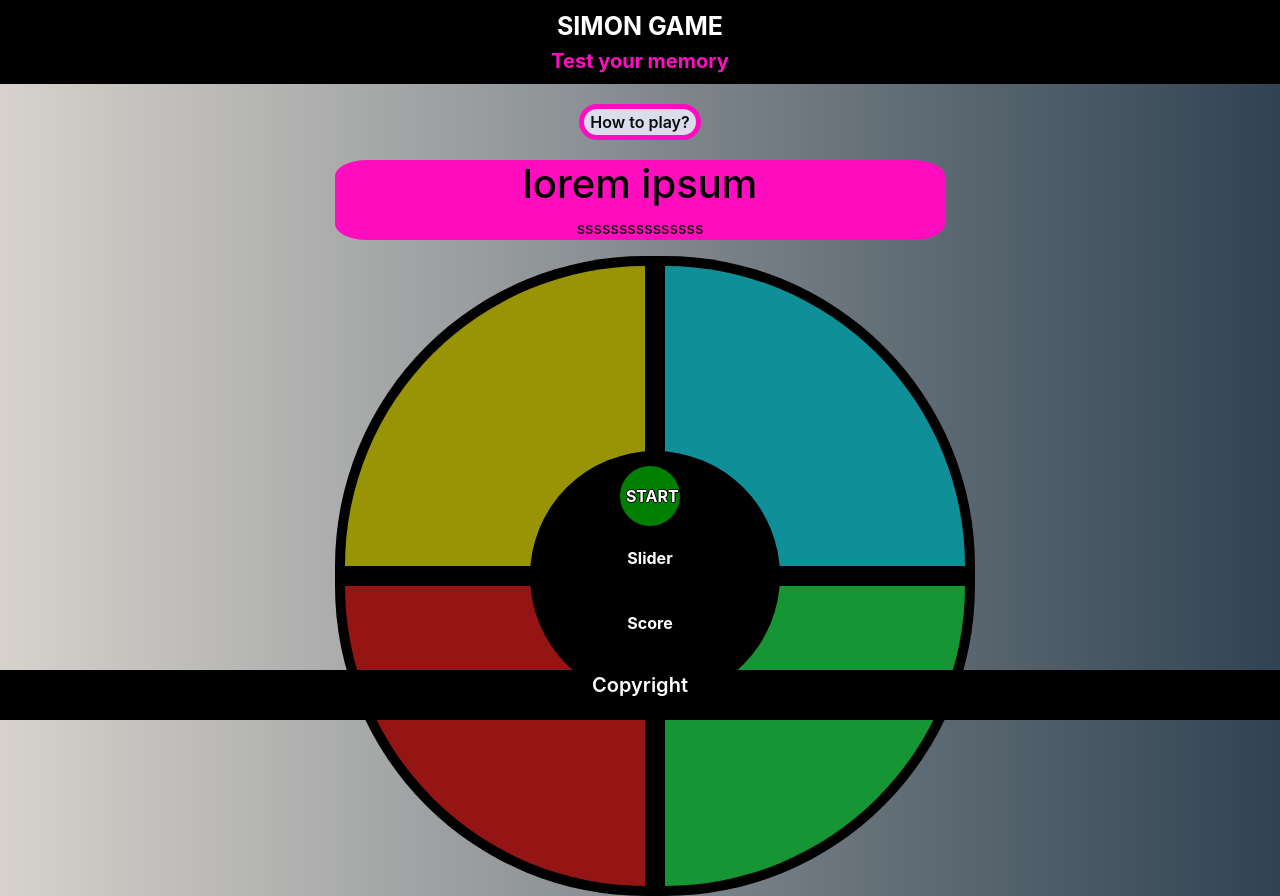
Repository: murphya14/Simon-game
Page: index.html
The author's editor kept a record of every edit. The page is drawn from the files as they stood at one moment, then again after the next edit.
The browser window is 1280 px wide. The pictures show the whole page.

Above is the page before.

After the next edit:
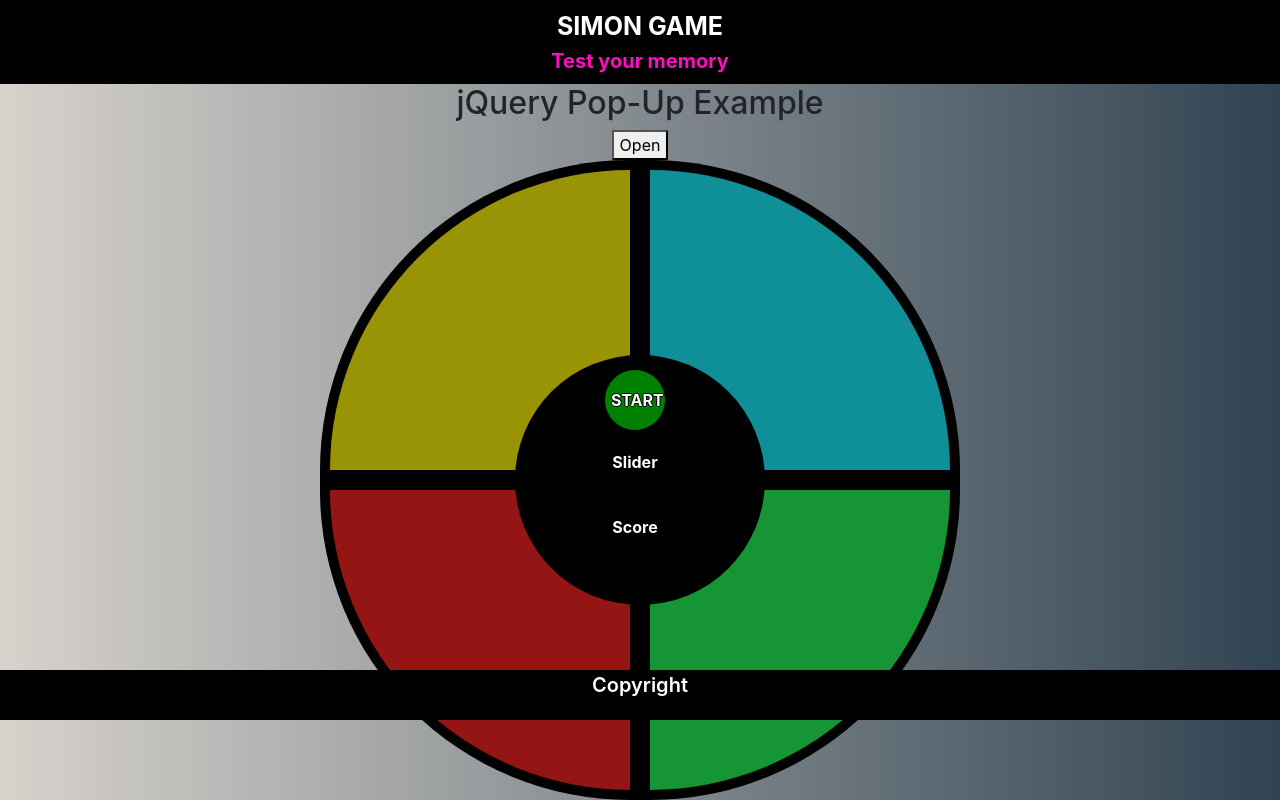
The edit:
--- a/index.html
+++ b/index.html
@@ -39,10 +39,17 @@
 
         <div class="row">
             <div class="col center">
-                <button class="how-to" id="how-to">How to play?</button>
-                <div id="how-to-p">
-                    <h1>lorem ipsum </h1>
-                    <p>sssssssssssssss</p>
+              <div class="how-to popup-overlay">
+  <!--Creates the popup content-->
+  <div class="popup-content">
+    <h2>Pop-Up</h2>
+    <p> This is an example pop-up that you can make using jQuery.</p>
+    <!--popup's close button-->
+    <button class="close">Close</button> </div>
+</div>
+<!--Content shown when popup is not displayed-->
+<h2>jQuery Pop-Up Example</h2>
+<button class="open">Open</button>
                 </div>
             </div>
         </div>
